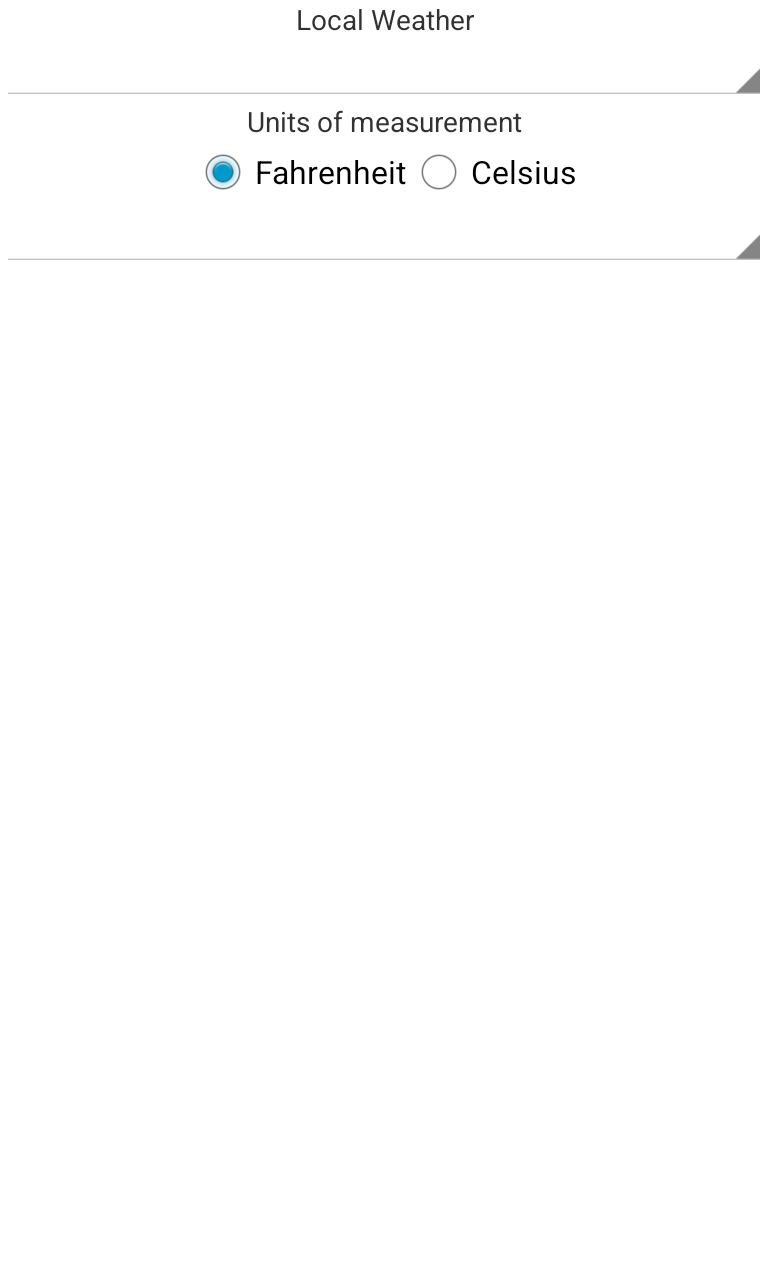
Repository: efreestone/Java1
Layout: Java1Project4/res/layout/activity_main.xml
The author's editor kept a copy of each file at every save. The layout is drawn from the files as they stood at one save, then again after the next save.
It is drawn on a 768 x 1280 px phone screen (xhdpi) without system bars, with theme AppTheme; the app's code is not run.

Above is the layout before, as saved 2014-03-25 21:03:14.

### Java1Project4/res/layout/activity_main.xml
<?xml version="1.0" encoding="utf-8"?>
<LinearLayout xmlns:android="http://schemas.android.com/apk/res/android"
    android:layout_width="match_parent"
    android:layout_height="match_parent"
    android:orientation="vertical" >

    <!-- Top Linear Layout with controls -->
    <!-- <LinearLayout
        android:layout_width="match_parent"
        android:layout_height="wrap_content"
        android:orientation="horizontal"> -->

        <!-- Title -->
        <TextView
            android:id="@+id/titleView"
            android:layout_width="match_parent"
            android:layout_height="wrap_content"
            android:gravity="center"
            android:text="@string/titleString"/>

        <!-- City Spinner -->
        <Spinner
            android:id="@+id/citySpinner"
            android:layout_width="match_parent"
            android:layout_height="wrap_content"/>

        <!-- Measurement Title -->
        <TextView
            android:id="@+id/measureTitleView"
            android:layout_width="match_parent"
            android:layout_height="wrap_content"
            android:gravity="center"
            android:text="@string/measureTitleString"/>

        <!-- Measurement Radio Buttons -->
        <RadioGroup
            android:id="@+id/tempUnitRadioGroup"
            android:layout_width="wrap_content"
            android:layout_height="wrap_content"
            android:layout_gravity="center"
            android:orientation="horizontal" >

            <RadioButton
                android:id="@+id/fahrenheitRadio"
                android:layout_width="match_parent"
                android:layout_height="wrap_content"
                android:text="@string/fahrenheitString"
                android:checked="true"/>

            <RadioButton
                android:id="@+id/celsiusRadio"
                android:layout_width="match_parent"
                android:layout_height="wrap_content"
                android:text="@string/celsiusString"/>
        </RadioGroup>

        <!-- Current Spinner -->
        <Spinner
            android:id="@+id/currentSpinner"
            android:layout_width="match_parent"
            android:layout_height="wrap_content"/>

    <!-- </LinearLayout> -->

</LinearLayout>

### Java1Project4/res/values/strings.xml
<?xml version="1.0" encoding="utf-8"?>
<resources>

    <string name="app_name">Java1Project4</string>
    <string name="action_settings">Settings</string>
    <string name="hello_world">Hello world!</string>

    <!-- Title and button strings -->
    <string name="titleString">Local Weather</string>
    <string name="measureTitleString">Units of measurement</string>
    <string name="weatherButtonString">Get Weather</string>
    <string name="displayTempString">Please select a city and measurement unit</string>

    <!-- Connection Alert strings -->
    <string name="noConnectionTitle">Connection Error</string>
    <string name="noConnectionAlert">This application requires internet access. Please check your network connection and try again.</string>

    <!-- Main URL strings -->
    <string name="mainURLString">http://api.wunderground.com/api/8204b5c9bf753afb/</string>
    <string name="conditionsURLString">conditions/q/</string>
    <string name="forecastURLString">forecast/q/</string>
    <!-- City URL strings -->
    <string name="lovelandString">CO/Loveland.json</string>
    <string name="losAngelesString">CA/Los_Angeles.json</string>
    <string name="newYorkString">NY/New_York.json</string>
    <string name="chicagoString">IL/Chicago.json</string>
    <string name="orlandoString">FL/Orlando.json</string>

    <!-- Radio Button Text -->
    <string name="fahrenheitString">Fahrenheit</string>
    <string name="celsiusString">Celsius</string>

    <!-- Cities array for first spinner -->
    <string-array name="cities_array">
        <item >Loveland</item>
        <item >Los Angeles</item>
        <item >New York</item>
        <item >Chicago</item>
        <item >Orlando</item>
    </string-array>

    <!-- Array for second spinner -->
    <string-array name="current_forecast">
        <item >Current Weather</item>
        <item >3-day Forecast</item>
    </string-array>

</resources>

Loaded but not shown: Java1Project4/res/values/styles.xml (common file); Java1Project4/res/values-v11/styles.xml (common file); Java1Project4/res/values-v14/styles.xml (common file)

After the next save:
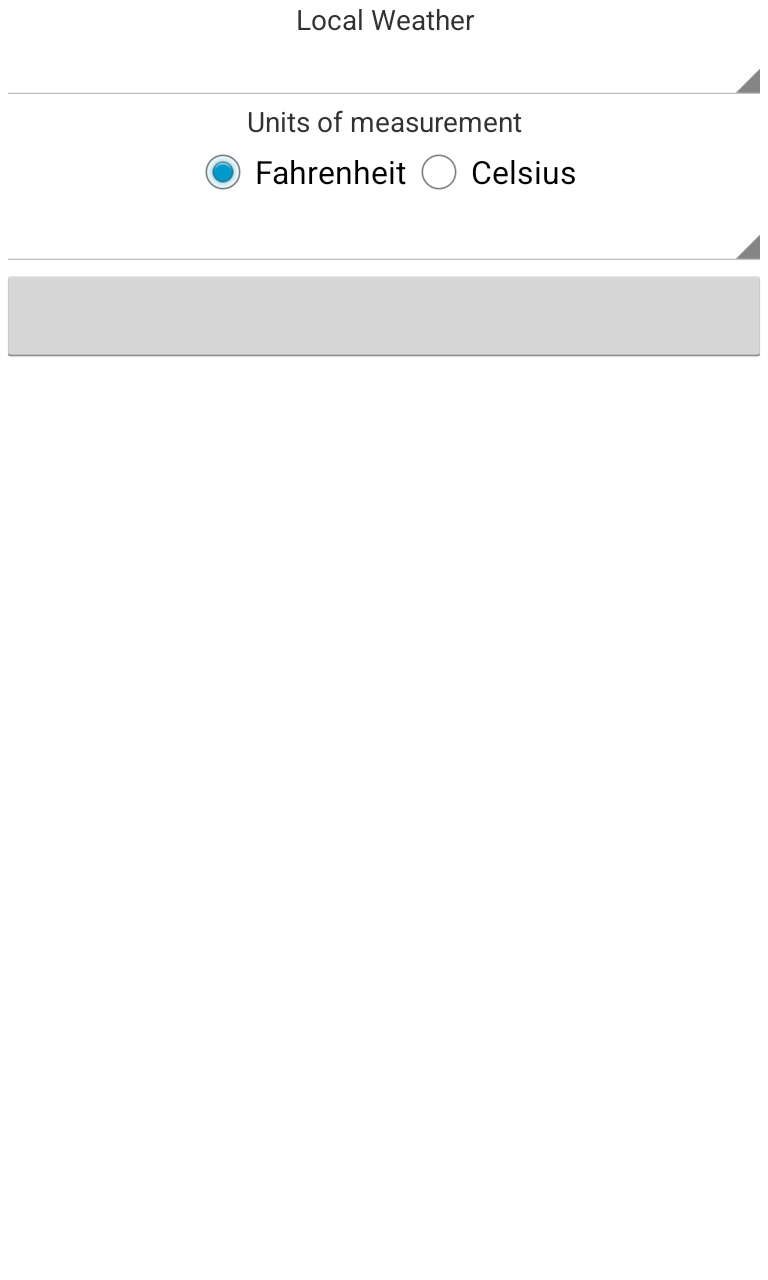
Saved 54 min 2 s later.
--- a/Java1Project4/res/layout/activity_main.xml
+++ b/Java1Project4/res/layout/activity_main.xml
@@ -60,6 +60,13 @@
             android:layout_width="match_parent"
             android:layout_height="wrap_content"/>
 
+        <!-- Get Weather Button -->
+        <Button
+            android:id="@+id/weatherButton"
+            android:layout_width="wrap_content"
+            android:layout_height="wrap_content"
+            android:width="500dp"/>
+
     <!-- </LinearLayout> -->
 
 </LinearLayout>
